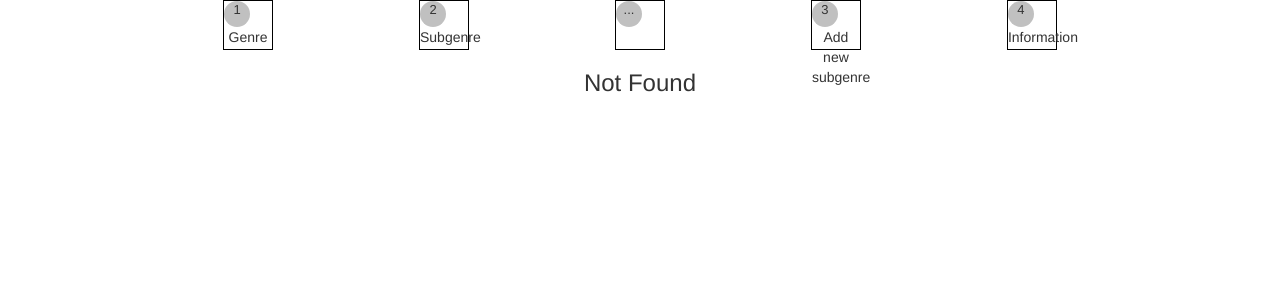
Repository: GregorPiev/angularjs-add-book
Page: index.html
These files come from the project's save history. The page is drawn as it stood at one moment and after the next save; the edit follows.
The browser window is 1280 px wide. The pictures show the whole page.

Above is the page before, as saved 2020-09-23 21:41:12.

After the next save:
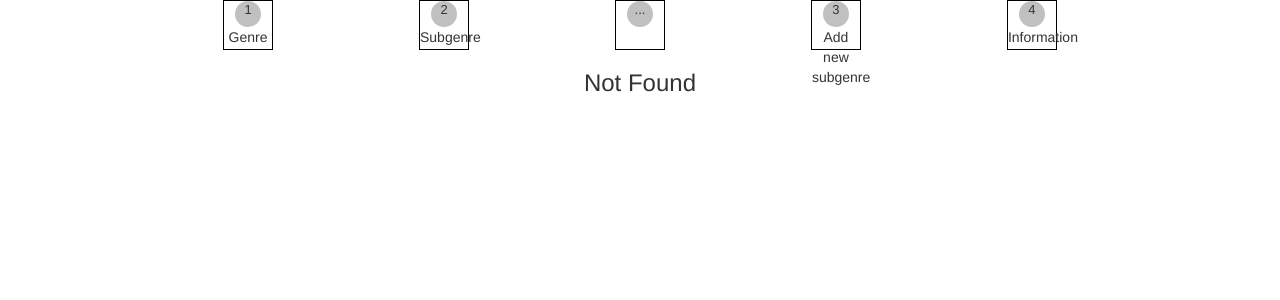
Saved 19 s later.
--- a/app/style/style.css
+++ b/app/style/style.css
@@ -65,4 +65,5 @@ label.check {
   text-align: center;
   font-size: 13px;
   background-color: silver;
+  margin: auto auto;
 }
